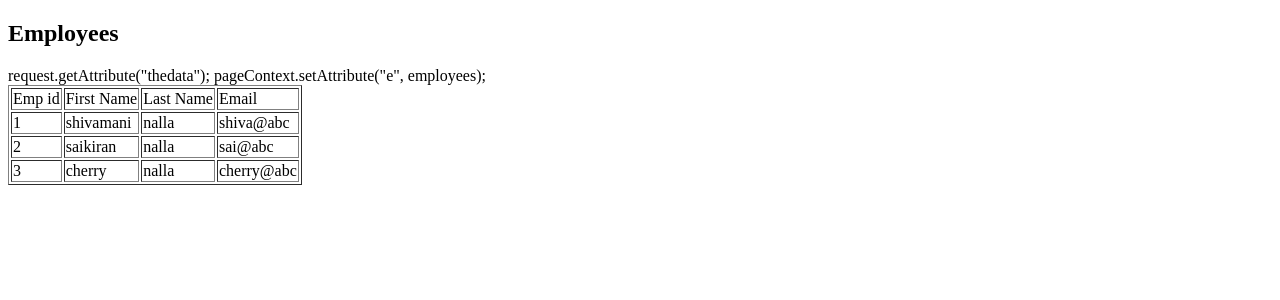
Repository: shivamaninalla/Bank-Application-JSP
Page: http://localhost/06-student-mvc/StudentServlet
These files come from the project's save history. The page is drawn as it stood at one moment and after the next save; the edit follows.
The browser window is 1280 px wide. The pictures show the whole page.
The page is served by Tomcat 9.

Above is the page before, as saved 2024-07-16 07:32:28.

After the next save:
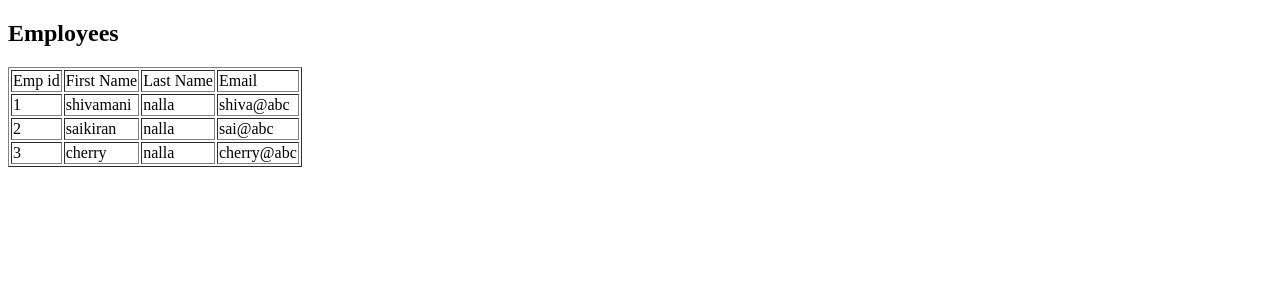
Saved 91 s later.
--- a/06-student-mvc/WebContent/view-student.jsp
+++ b/06-student-mvc/WebContent/view-student.jsp
@@ -11,8 +11,7 @@
 </head>
 <body>
 <h2>Employees</h2>
-request.getAttribute("thedata");
-pageContext.setAttribute("e", employees);
+
 <table border="1">
 		<tr>
 			<td>Emp id</td>
